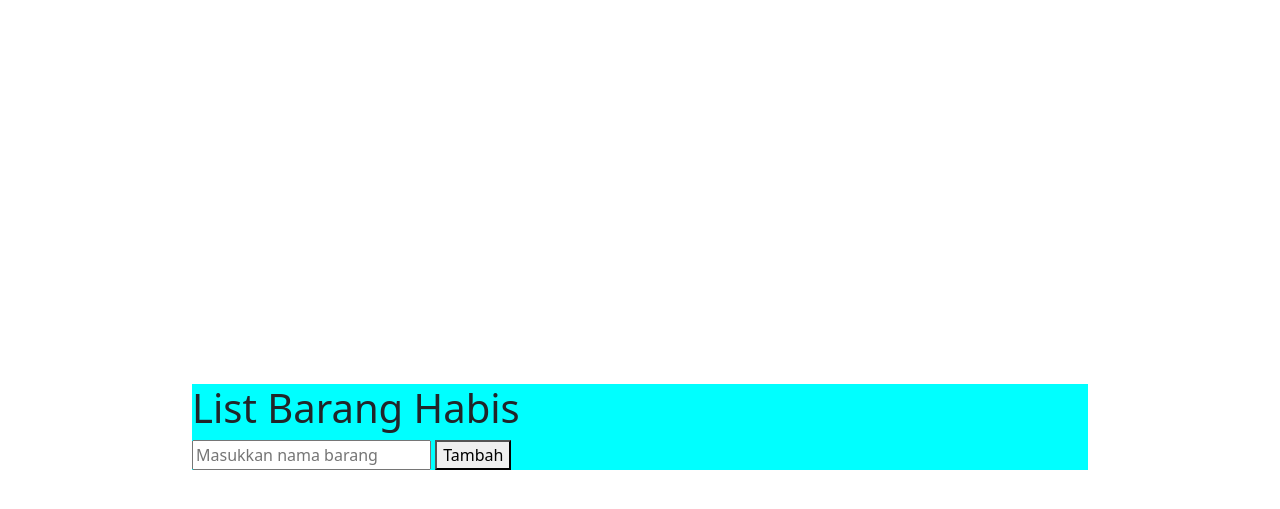
Repository: amorysdeo/dirumah
Page: index.html
An editor plug-in stored every save of this project. The page is shown before and after a run of saves, followed by the edit.
The browser window is 1280 px wide. The pictures show the whole page.

Above is the page before, as saved 2025-11-27 11:51:16.

After the next 3 saves:
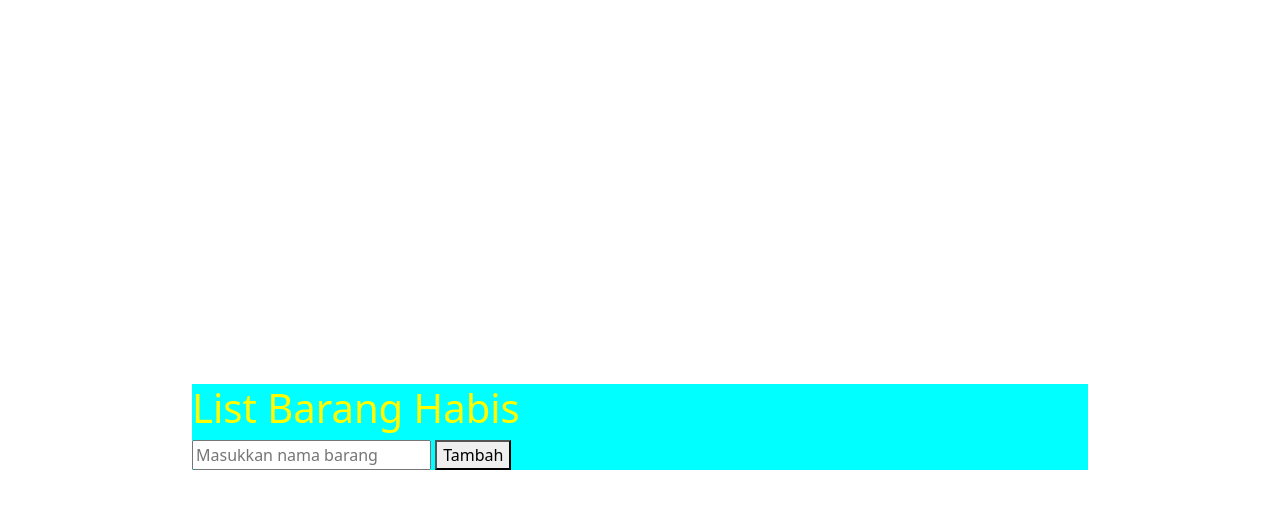
The 3 saves are shown as one change because they came seconds apart.
The last was saved 7 s later.
--- a/css.css
+++ b/css.css
@@ -15,5 +15,5 @@
 }
 
 #title h1{
-    text
+    color: yellow;
 }

After the 2 saves that followed:
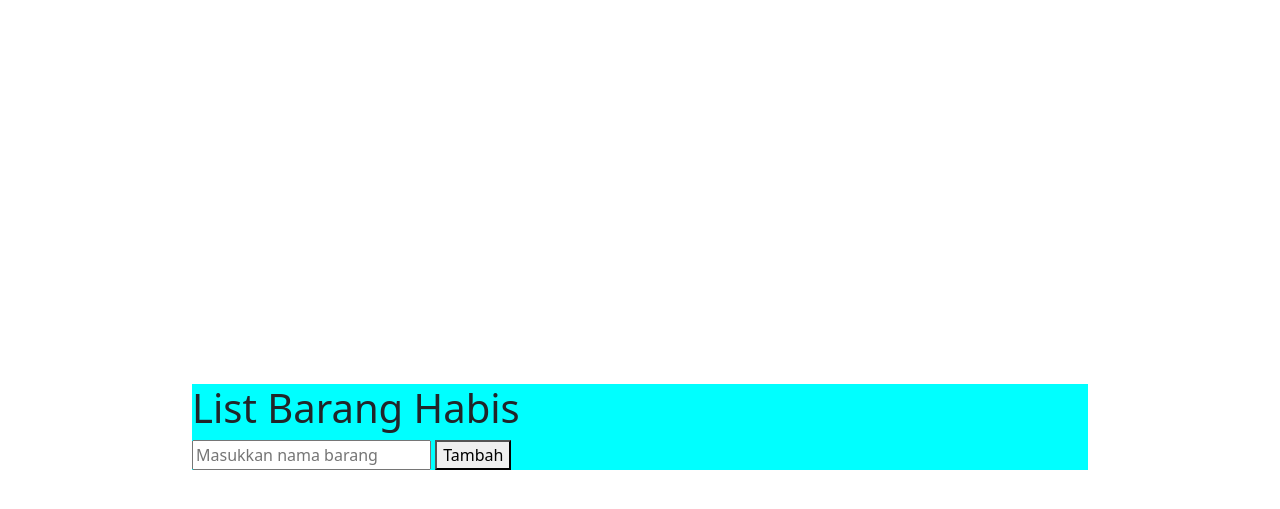
The 2 saves are shown as one change because they came seconds apart.
The last was saved 8 s later.
--- a/css.css
+++ b/css.css
@@ -15,5 +15,5 @@
 }
 
 #title h1{
-    color: yellow;
+    position: relative;
 }
